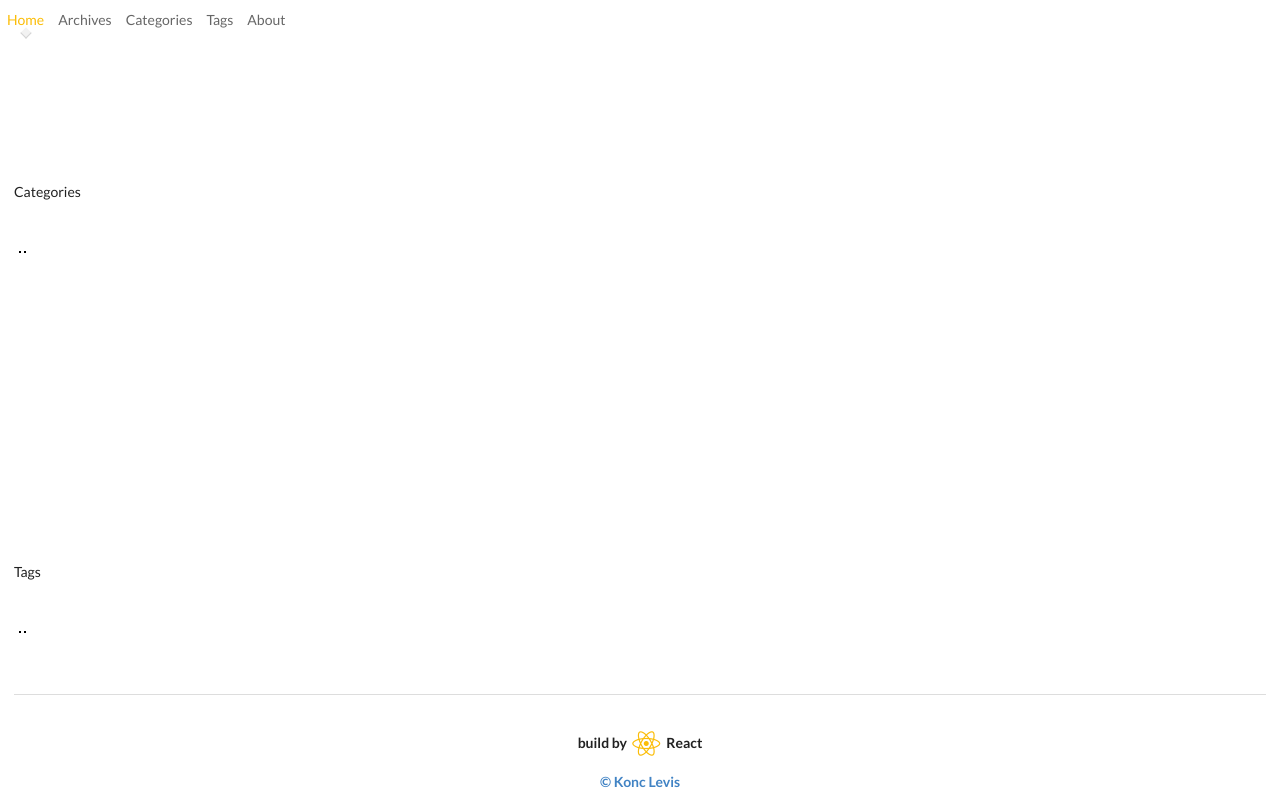
Repository: chu4j/my-spring-cloud-blog-frontend
Page: /
These files come from the project's save history. The page is drawn as it stood at one moment and after the next save; the edit follows.
The browser window is 1280 px wide. The pictures show the whole page.
The page's requests for data from a server got no answer. The project was rebuilt for these pictures with package versions that can differ from the ones it lists, and the page was loaded fresh each time. No one was signed in, and anything a server would have sent is missing. Also part of the build but not shown: src/components/Categories.jsx, src/components/FocusContent.jsx, src/css/App.css, src/components/owner/LoginForm.jsx, src/components/Tags.jsx, src/components/Timeline.jsx, src/components/TimelineHome.jsx.

Above is the page before, as saved 2021-02-24 12:34:02.

After the next save:
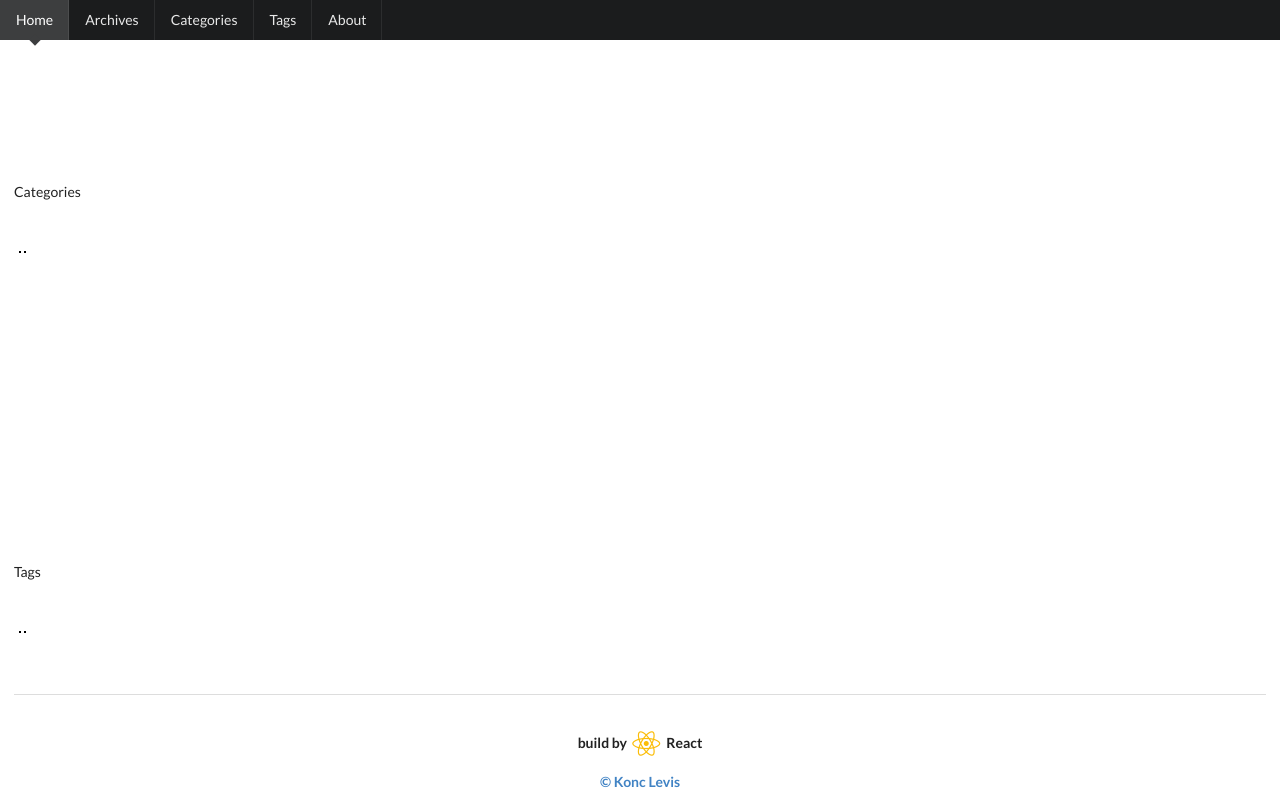
Saved 13 s later.
--- a/src/components/BlogHeader.jsx
+++ b/src/components/BlogHeader.jsx
@@ -19,7 +19,7 @@ class BlogHeader extends Component {
     const { activeItem } = this.state;
     return (
       <Container fluid className="menu-container">
-        <Menu fixed="top" pointing text color="yellow">
+        <Menu fixed="top" pointing inverted>
           <Menu.Item
             as="a"
             name="home"
